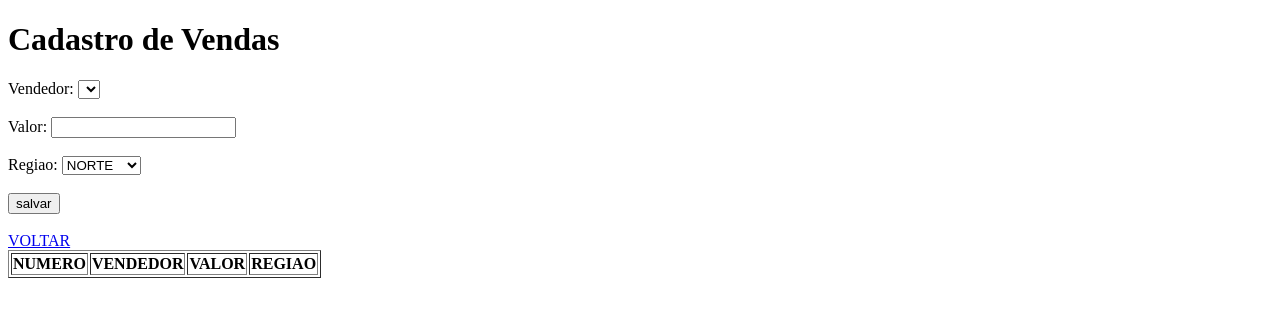
Repository: gabriellacrystina/workspaceWeb
Page: http://localhost/PrjVendas/CadastroVendas.jsp
An editor plug-in stored every save of this project. The page is shown before and after the next save, followed by the edit.
The browser window is 1280 px wide. The pictures show the whole page.
The page is served by Tomcat 9.

Above is the page before, as saved 2015-09-21 14:20:29.

After the next save:
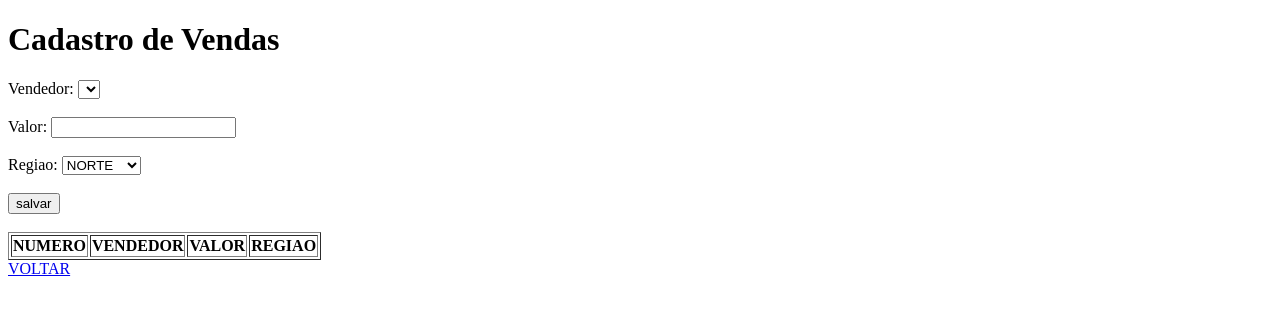
Saved 25 s later.
--- a/PrjVendas/WebContent/CadastroVendas.jsp
+++ b/PrjVendas/WebContent/CadastroVendas.jsp
@@ -60,7 +60,7 @@
 
 
 
-
+		</table>
 		<a href="Menu.jsp">VOLTAR</a><br>
 	</body>
 </html>
